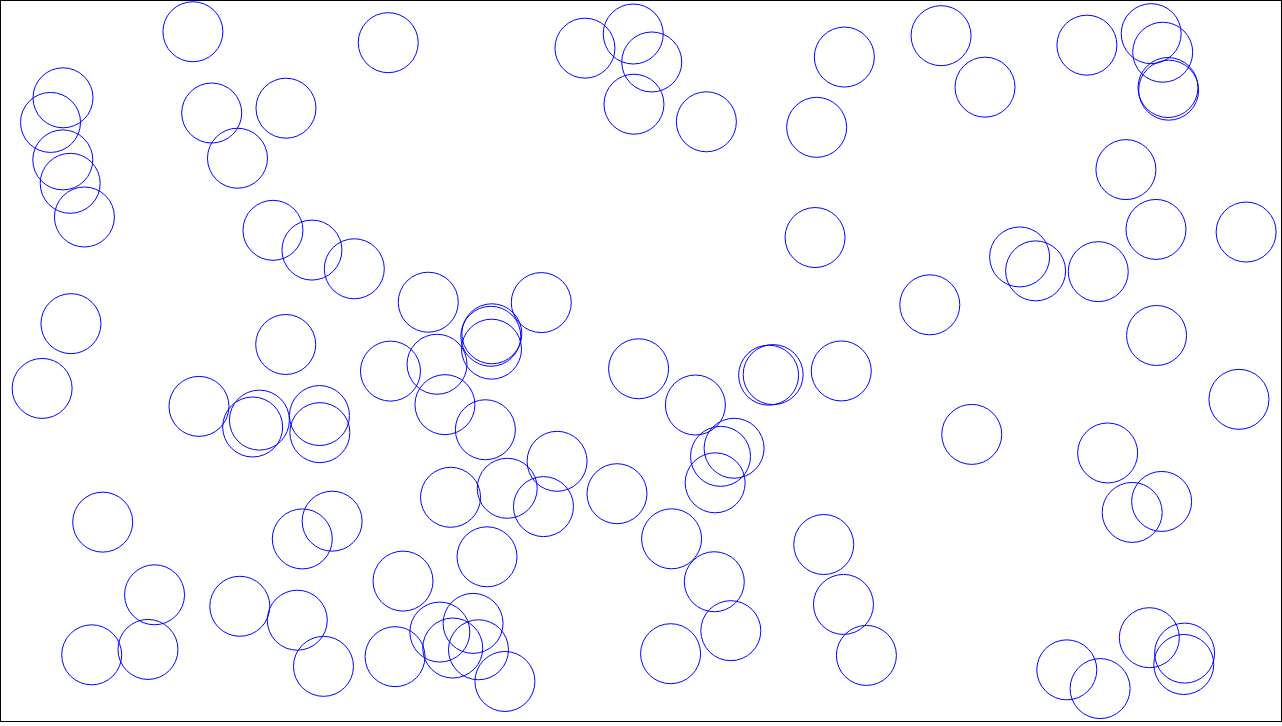
Repository: msminsu/study-canvas
Page: canvas/index.html
The author's editor kept a copy of each file at every save. The page is drawn from the files as they stood at one save, then again after the next save.
The browser window is 1280 px wide. The page is 1282 px wide, so the pictures cover 1282 px, including what lies to the right of the window. The pictures show the whole page.

Above is the page before, as saved 2018-11-23 13:34:00.

After the next save:
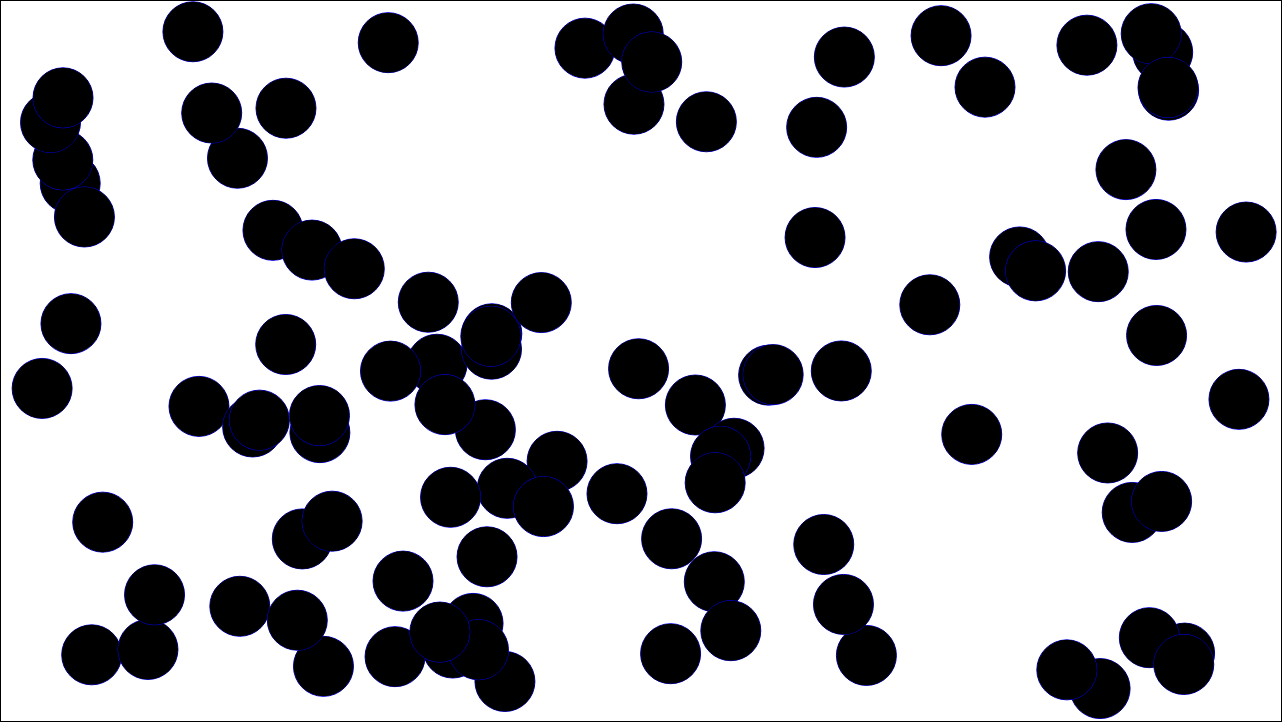
Saved 26 s later.
--- a/canvas/index.html
+++ b/canvas/index.html
@@ -46,6 +46,7 @@ function Circle(x,y, dx, dy, radius){
             c.arc(this.x, this.y, this.radius, 0, Math.PI * 2, false);
             c.strokeStyle = 'blue';
             c.stroke();
+            c.fill();
         }
 
         this.updat = function(){
